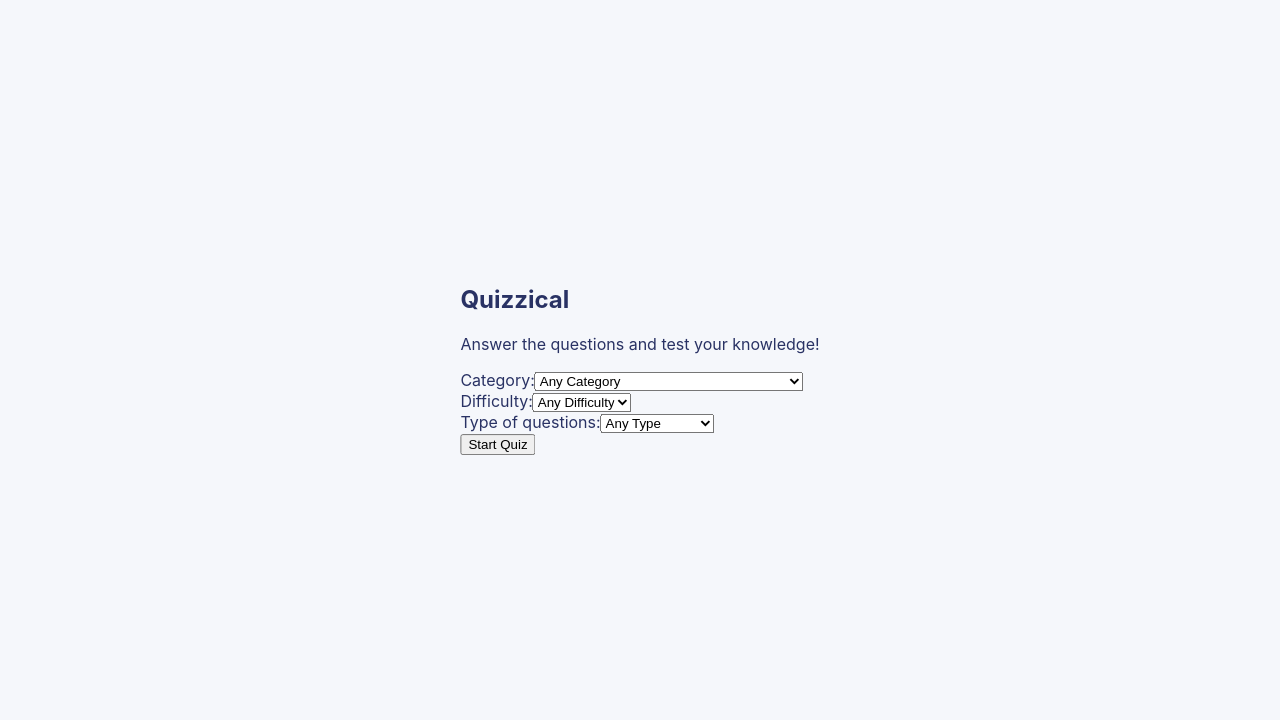
Repository: alexandruvisan19/Quizzical
Page: /
The author's editor kept a copy of each file at every save. The page is drawn from the files as they stood at one save, then again after the next save.
The browser window is 1280 px wide. The pictures show the whole page.
The project was rebuilt for these pictures with package versions that can differ from the ones it lists, and the page was loaded fresh each time. Also part of the build but not shown: src/components/QuestionsAndAnswers/QuestionsAndAnswers.css, src/components/Question/Question.tsx, src/services/getQuestions.tsx, src/components/QuestionsAndAnswers/QuestionsAndAnswers.tsx.

Above is the page before, as saved 2022-08-04 07:46:10.

### src/index.css
body {
	margin: 0;
	font-family: -apple-system, BlinkMacSystemFont, "Segoe UI", "Roboto", "Oxygen", "Ubuntu", "Cantarell", "Fira Sans",
		"Droid Sans", "Helvetica Neue", sans-serif;
	-webkit-font-smoothing: antialiased;
	-moz-osx-font-smoothing: grayscale;
	background-color: #f5f7fb;
	color: #293264;
}

code {
	font-family: source-code-pro, Menlo, Monaco, Consolas, "Courier New", monospace;
}

### src/App.tsx
import React, { useEffect, useState } from "react";
import "./App.css";
import QuestionsAndAnswers from "./components/QuestionsAndAnswers/QuestionsAndAnswers";
import { ToastContainer, toast } from "react-toastify";

function App() {
	const [startQuiz, setStartQuiz] = useState(false);
	const [showNoQuestionsError, setShowNoQuestionsError] = useState(false);
	const [quizOptions, setQuizOptions] = useState({
		category: "",
		difficulty: "",
		type: "",
	});

	const startQuizHandler = () => setStartQuiz((prevStartQuiz) => !prevStartQuiz);

	const handleNoQuestionsError = (boolean: any) => setShowNoQuestionsError(boolean);

	const changeQuizHandler = (e: any) => {
		setQuizOptions((prevQuizOptions) => {
			return { ...prevQuizOptions, [e.target.name]: e.target.value };
		});
	};

	console.log(quizOptions);
	toast.error("OH NO ERROR");

	return (
		<div className="App">
			{startQuiz ? (
				<QuestionsAndAnswers
					quizOptions={quizOptions}
					startQuizHandler={startQuizHandler}
					handleNoQuestionsError={handleNoQuestionsError}
				/>
			) : (
				<section className="game-intro">
					<h1 className="game-title">Quizzical</h1>
					<p className="game-text">Answer the questions and test your knowledge!</p>

					{showNoQuestionsError && (
						<h2 className="noQuestions-text">Oops! We couldn't find any questions with these options!</h2>
					)}

					<div className="gameOptions-container">
						<div className="select-container">
							<label className="custom-label" htmlFor="category">
								Category:
							</label>

							<select onChange={changeQuizHandler} name="category" id="category" className="custom-select">
								<option value="">Any Category</option>
								<option value="9">General Knowledge</option>
								<option value="10">Entertainment: Books</option>
								<option value="11">Entertainment: Film</option>
								<option value="12">Entertainment: Music</option>
								<option value="13">Entertainment: Musicals &amp; Theatres</option>
								<option value="14">Entertainment: Television</option>
								<option value="15">Entertainment: Video Games</option>
								<option value="16">Entertainment: Board Games</option>
								<option value="17">Science &amp; Nature</option>
								<option value="18">Science: Computers</option>
								<option value="19">Science: Mathematics</option>
								<option value="20">Mythology</option>
								<option value="21">Sports</option>
								<option value="22">Geography</option>
								<option value="23">History</option>
								<option value="24">Politics</option>
								<option value="25">Art</option>
								<option value="26">Celebrities</option>
								<option value="27">Animals</option>
								<option value="28">Vehicles</option>
								<option value="29">Entertainment: Comics</option>
								<option value="30">Science: Gadgets</option>
								<option value="31">Entertainment: Japanese Anime &amp; Manga</option>
								<option value="32">Entertainment: Cartoon &amp; Animations</option>
							</select>
						</div>

						<div className="select-container">
							<label className="custom-label" htmlFor="difficulty">
								Difficulty:
							</label>

							<select onChange={changeQuizHandler} name="difficulty" id="difficulty" className="custom-select">
								<option value="">Any Difficulty</option>
								<option value="easy">Easy</option>
								<option value="medium">Medium</option>
								<option value="hard">Hard</option>
							</select>
						</div>

						<div className="select-container">
							<label className="custom-label" htmlFor="type">
								Type of questions:
							</label>

							<select onChange={changeQuizHandler} name="type" id="type" className="custom-select">
								<option value="">Any Type</option>
								<option value="multiple">Multiple Choice</option>
								<option value="boolean">True / False</option>
							</select>
						</div>
					</div>

					<button onClick={startQuizHandler} className="btn-primary">
						Start Quiz
					</button>
				</section>
			)}
		</div>
	);
}

export default App;
function setShowNoQuestionsError(boolean: any) {
	throw new Error("Function not implemented.");
}

### src/App.css
.App {
	position: absolute;
	top: 50%;
	left: 50%;
	margin-right: -50%;
	transform: translate(-50%, -50%);
	max-width: 800px;
}

.App-logo {
	height: 40vmin;
	pointer-events: none;
}

.container {
	text-align: center;
}

.container button {
	background-color: #4d5b9e;
	color: #fff;
	border-radius: 12px;
	border: none;
	padding: 15px 40px;
	font-size: 20px;
	cursor: pointer;
}

.container button:hover {
	background-color: #6070c4;
}

@media (prefers-reduced-motion: no-preference) {
	.App-logo {
		animation: App-logo-spin infinite 20s linear;
	}
}

.App-header {
	background-color: #282c34;
	min-height: 100vh;
	display: flex;
	flex-direction: column;
	align-items: center;
	justify-content: center;
	font-size: calc(10px + 2vmin);
	color: white;
}

.App-link {
	color: #61dafb;
}

@keyframes App-logo-spin {
	from {
		transform: rotate(0deg);
	}
	to {
		transform: rotate(360deg);
	}
}

Loaded but not shown: public/index.html (common file); src/index.tsx (common file); src/reportWebVitals.ts (common file)

After the next save:
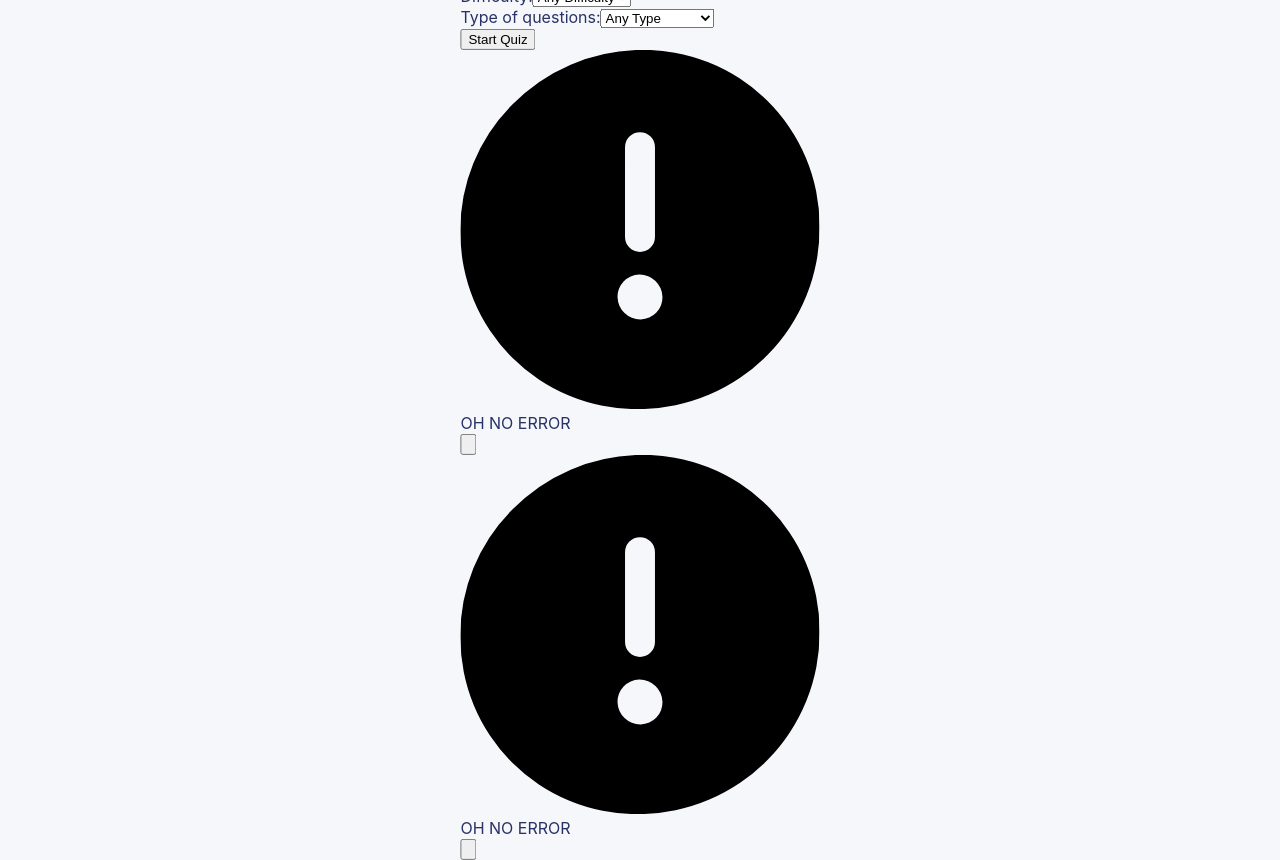
Saved 4 s later.
--- a/src/App.tsx
+++ b/src/App.tsx
@@ -108,6 +108,7 @@ function App() {
 					</button>
 				</section>
 			)}
+			<ToastContainer />
 		</div>
 	);
 }
